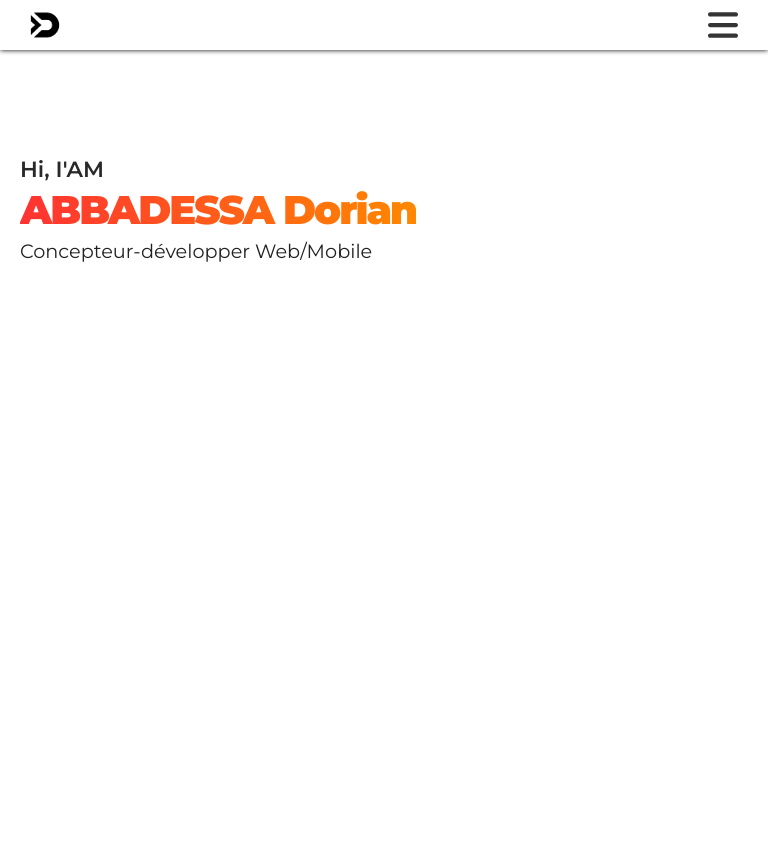
Repository: DorianABDS/Portfolio-ABBADESSA-Dorian
Page: index.html
The author's editor kept a copy of each file at every save. The page is drawn from the files as they stood at one save, then again after the next save.
The browser window is 768 px wide. The pictures show the whole page.

Above is the page before, as saved 2024-11-26 20:41:00.

### index.html
<!DOCTYPE html>
<html lang="fr">
<head>
    <meta charset="UTF-8">
    <meta name="viewport" content="width=device-width, initial-scale=1.0">
    <meta charset="UTF-8">
    <meta name="viewport" content="width=device-width, initial-scale=1.0">
    <meta name="keywords" content="Portfolio, ABBADESSA Dorian, Web developper">
    <title>ABBADESSA Dorian - Portfolio</title>
    <link rel="shortcute icon" href="/src/img/Logo Div.png">
    <link rel="stylesheet" href="style.css">
</head>
<body>
    <header class="header">
        <nav class="navbar">
            <a href="index.html" class="logo"><img src="/src/img/Logo plat Div noir.png" alt=""></a>
            <div class="nav-links">
                <ul>
                    <li><a href="index.html">Accueil</a></li>
                    <li><a href="articles.html">Articles</a></li>
                    <li><a href="apropos.html">À propos</a></li>
                    <li><a href="contact.html">Contact</a></li>
                </ul>
            </div>
            <img src="/src/img/bars-solid.svg" alt="menu hamburger" class="menu-hamburger">
        </nav>
        <!-- <div class="social">
            <a href="#" title="Facebook"><img src="/src/img/icone Github.png" alt=""></a>
            <a href="#" title="Twitter"><img src="src/img/icone Linkedin.png" alt=""></a>
        </div> -->
    </header>
    <main>
        <section class="accueil">
            <div class="contrainer-accueil">
                <h2>Hi, I'AM</h2>
                <h1><span>ABBADESSA Dorian</span></h1>
                <p>Concepteur-développer Web/Mobile</p>
            </div>
        </section>
    </main>
</body>
<script>
    const menuHamburger = document.querySelector(".menu-hamburger")
    const navLinks = document.querySelector(".nav-links")
    const social = document.querySelector(".social")

    menuHamburger.addEventListener('click',()=>{
    navLinks.classList.toggle('mobile-menu')
    })
</script>
</html>

### style.css
@font-face {
    font-family: "Montserrat";
    src: url(/src/font/Montserrat-VariableFont_wght.ttf);
}

* {
    margin: 0;
    padding: 0;
    text-decoration: none;
    list-style: none;
    box-sizing: border-box;

}

html, body {
    font-size: 19.3px;
    color: rgba(0, 0, 0, .87);
    background-color: #fff;
    font-family: "Montserrat", sans-serif;
    line-height: 1.8;
    font-weight: 400;
}

.navbar {
    background: rgb(255, 255, 255);
    backdrop-filter: blur(10px);
    box-shadow: 0 0 5px rgb(0, 0, 0);;
    top: 0;
    left: 0;
    height: 50px;
    width: auto;
    position: fixed;
    padding-left: 30px;
    padding-right: 61px;
    width: 100%;
    display: flex;
    justify-content: space-between;
    align-items: center;
    z-index: 1;
}

.navbar a {
    color: #292929;
    font-weight: 700;
    display: inline;
}

.navbar .nav-links ul li a::after {
    content: "";
    display: block;
    height: 2px;
    background: rgb(255, 255, 255);
    transform: scale(0);
    transition: transform 0.2s ease-in-out;
}

.navbar .nav-links ul li a:hover::after {
    transform: scale(1);
}

.navbar .logo {
    transform: none;
    font-weight: 700;
}

.navbar .nav-links ul {
    display: flex;
    align-items: center;
}

.navbar .nav-links ul li {
    display: flex;
    margin: 0 25px;
}

.navbar .nav-links ul li img {
    display: flex;
    padding: -20px;
    margin-left: -23px;
}

.navbar .menu-hamburger {
    display: none;
    position: absolute;
    top: 8px;
    right: 30px;
    width: 30px;
}

.social a {
    border: solid;
}

.accueil {
    padding-top: 100px;
    margin-top: 50px;
    width: 100%;
    height: 100vh;
}

.contrainer-accueil {
    padding-left: 20px;
}

@media  screen and (max-width: 814px) {
    .navbar .menu-hamburger {
        display: block;
    }

    .nav-links.mobile-menu {
        margin-left: 0;
    }

    .navbar {
        padding: 0;
    }

    .navbar .logo {
        padding-left: 20px;
    }

    .navbar .logo img {
        display: flex;
        align-items: center;
        width: 50px;
    }

    .nav-links {
        position: absolute;
        background-color: rgba(255, 255, 255, 0.12);
        backdrop-filter: blur(8px);
        top: 0;
        left: 0;
        width: 100%;
        height: 100vh;
        display: flex;
        justify-content: center;
        align-items: center;
        margin-left: 100%;
        transition: all 0.5s ease;
    }

    .nav-links ul {
        display: flex;
        flex-direction: column;
        align-items: center;
    }

    .navbar .nav-links ul li {
        margin: 15px 0;
        font-size: 1.2em;
    }

    .accueil h2 {
        font-size: 22px;
        font-weight: 600;
        color: #292929;
    }

    .accueil h1 {
        display: inline-block;
        line-height: 100%;
        font-size: 40px;
        letter-spacing: -2px;
        font-weight: 900;
        background: linear-gradient(90deg, rgba(255,50,50,1) 0%, rgba(255,136,0,1) 100%);
        -webkit-background-clip: text;
        -webkit-text-fill-color: transparent;
    }
}

### src/img/bars-solid.svg
<svg xmlns="http://www.w3.org/2000/svg" viewBox="0 0 448 512" fill="#353535"><!--!Font Awesome Free 6.7.0 by @fontawesome - https://fontawesome.com License - https://fontawesome.com/license/free Copyright 2024 Fonticons, Inc.--><path d="M0 96C0 78.3 14.3 64 32 64l384 0c17.7 0 32 14.3 32 32s-14.3 32-32 32L32 128C14.3 128 0 113.7 0 96zM0 256c0-17.7 14.3-32 32-32l384 0c17.7 0 32 14.3 32 32s-14.3 32-32 32L32 288c-17.7 0-32-14.3-32-32zM448 416c0 17.7-14.3 32-32 32L32 448c-17.7 0-32-14.3-32-32s14.3-32 32-32l384 0c17.7 0 32 14.3 32 32z"/></svg>

After the next save:
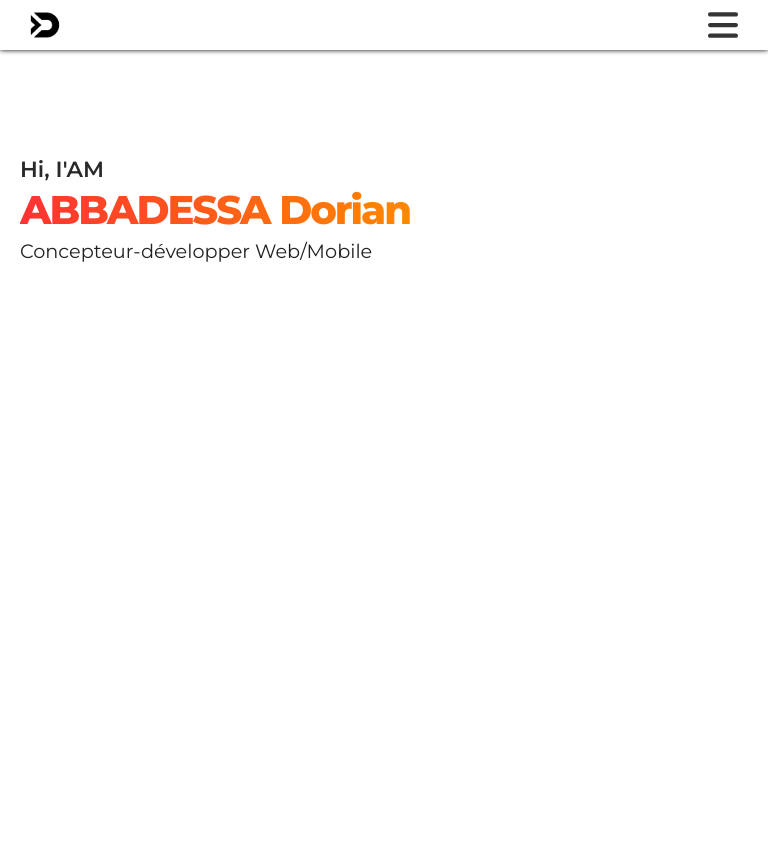
Saved 8 s later.
--- a/style.css
+++ b/style.css
@@ -162,7 +162,7 @@ html, body {
         line-height: 100%;
         font-size: 40px;
         letter-spacing: -2px;
-        font-weight: 900;
+        font-weight: 800;
         background: linear-gradient(90deg, rgba(255,50,50,1) 0%, rgba(255,136,0,1) 100%);
         -webkit-background-clip: text;
         -webkit-text-fill-color: transparent;
